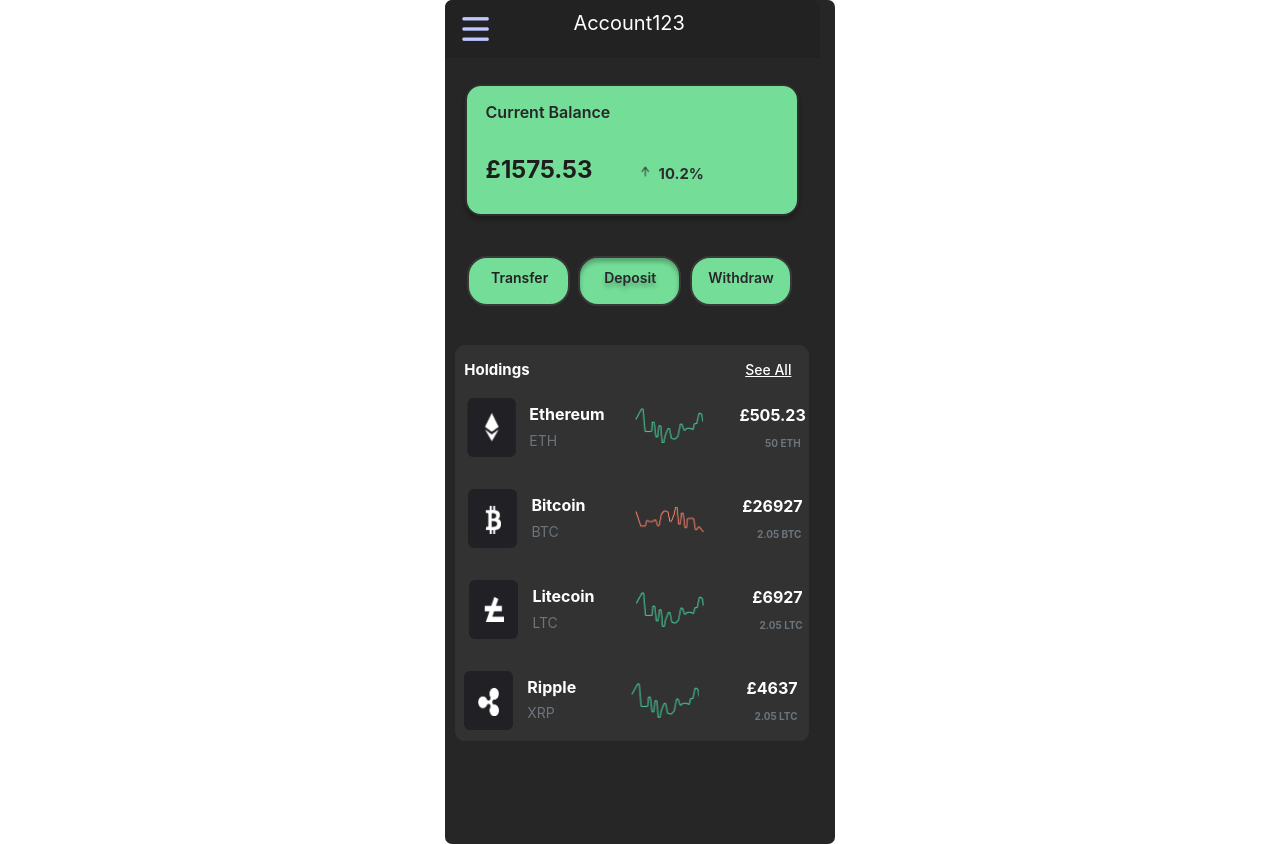
Repository: krishbains/CryptoWallet
Page: /
An editor plug-in stored every save of this project. The page is shown before and after the next save, followed by the edit.
The browser window is 1280 px wide. The pictures show the whole page.
The project was rebuilt for these pictures with package versions that can differ from the ones it lists, and the page was loaded fresh each time. Also part of the build but not shown: src/components/startingpage/startingpage.jsx.

Above is the page before, as saved 2024-03-28 15:43:54.

### src/App.js
import './App.css';
import BasePage from './components/basepage/basepage';
import StartingPage from './components/startingpage/startingpage';

function App() {
  return (
    <div className="App">
      <BasePage/>
      {/* <StartingPage/> */}
    </div>
  );
}

export default App;

### src/components/basepage/basepage.jsx
import React from 'react';
import "./basepage.css"

export default function BasePage() {
  return (
    <div className='main-container'>
      <div className='main-frame-background'>
        <div className='account-bar'>
          <span className='account'>Account123</span>
          <div className='vector' />
        </div>
        <div className='rectangle'>
          <div className='flex-column-be'>
            <span className='current-balance'>Current Balance</span>
            <span className='currency'>£1575.53</span>
          </div>
          <span className='percentage'>10.2%</span>
          <div className='arrow-up' />
        </div>
        <div className='flex-row-afb'>
          <div className='transfer-button'>
            <span className='transfer'>Transfer</span>
          </div>
          <div className='deposit-button'>
            <span className='deposit'>Deposit</span>
          </div>
          <div className='receive-button'>
            <span className='withdraw'>Withdraw</span>
          </div>
        </div>
        <div className='holdings-background'>
          <div className='flex-row'>
            <span className='holdings'>Holdings</span>
            <span className='see-all'>See All</span>
          </div>
          <div className='flex-row-fa'>
            <div className='eth-icon' />
            <span className='pound-amount'>£505.23</span>
            <span className='ethereum'>Ethereum</span>
            <div className='graph-eth' />
            <span className='eth'>ETH</span>
            <span className='eth-amount'>50 ETH</span>
          </div>
          <div className='flex-row-eed'>
            <div className='rectangle-1'>
              <div className='bitcoin-logo'>
                <div className='group'>
                  <div className='vector-2' />
                </div>
              </div>
            </div>
            <span className='pound-amount-3'>£26927</span>
            <span className='bitcoin'>Bitcoin</span>
            <div className='graph-btc' />
            <span className='btc'>BTC</span>
            <span className='btc-amount'>2.05 BTC</span>
          </div>
          <div className='flex-row-d'>
            <div className='rectangle-4'>
              <div className='vector-5' />
            </div>
            <span className='pound'>£6927</span>
            <span className='bitcoin-litecoin'>Litecoin</span>
            <div className='graph-eth-6' />
            <span className='ltc'>LTC</span>
            <span className='ltc-amount'>2.05 LTC</span>
          </div>
          <div className='flex-row-cdef'>
            <div className='rectangle-7'>
              <div className='xrp-alt'>
                <div className='xrp' />
              </div>
            </div>
            <span className='pound-8'>£4637</span>
            <span className='ripple'>Ripple</span>
            <div className='graph-eth-9' />
            <span className='btc-a'>XRP</span>
            <span className='ltc-b'>2.05 LTC</span>
          </div>
        </div>
      </div>
    </div>
  );
}

### src/components/startingpage/startingpage.css
:root {
    --default-font-family: -apple-system, BlinkMacSystemFont, "Segoe UI", Roboto,
      Ubuntu, "Helvetica Neue", Helvetica, Arial, "PingFang SC",
      "Hiragino Sans GB", "Microsoft Yahei UI", "Microsoft Yahei",
      "Source Han Sans CN", sans-serif;
  }

  .main-container {
    overflow: hidden;
  }

  .main-container,
  .main-container * {
    box-sizing: border-box;
  }

  input,
  select,
  textarea,
  button {
    outline: 0;
  }

  .main-container {
    position: relative;
    width: 390px;
    height: 844px;
    margin: 0 auto;
  }
  .main-frame-background1 {
    position: absolute;
    width: 390px;
    height: 844px;
    top: 0;
    left: 0;
    background: #bfc9ff;
    z-index: 1;
    border-radius: 7px;
  }
  .main-frame {
    position: relative;
    width: 333px;
    height: 385px;
    margin: 226px 0 0 28px;
    font-size: 0px;
    background: #222222;
    z-index: 2;
    overflow: visible auto;
    border-radius: 7px;
  }
  .welcome-to {
    display: flex;
    align-items: flex-start;
    justify-content: center;
    position: relative;
    width: 103.837px;
    height: 22.803px;
    margin: 17.308px 0 0 24.374px;
    color: #999999;
    font-family: Actor, var(--default-font-family);
    font-size: 20px;
    font-weight: 400;
    line-height: 22.803px;
    text-align: center;
    white-space: nowrap;
    z-index: 11;
  }
  .crypto-wallet {
    display: block;
    position: relative;
    height: 61.757px;
    margin: 18.052px 0 0 46.553px;
    color: #ffffff;
    font-family: Kantumruy, var(--default-font-family);
    font-size: 34px;
    font-weight: 700;
    line-height: 61.426px;
    text-align: left;
    white-space: nowrap;
    z-index: 9;
  }
  .new-wallet {
    display: flex;
    align-items: flex-start;
    justify-content: center;
    position: relative;
    width: 298.406px;
    height: 43.705px;
    margin: 21.853px 0 0 21.35px;
    color: #999999;
    font-family: Actor, var(--default-font-family);
    font-size: 17px;
    font-weight: 400;
    line-height: 20.451px;
    text-align: center;
    z-index: 10;
  }
  .new-wallet-box {
    position: relative;
    width: 281px;
    height: 39px;
    margin: 79.522px 0 0 26px;
    background: #74dd98;
    z-index: 4;
    border-radius: 5px;
  }
  .create-wallet {
    display: flex;
    align-items: flex-start;
    justify-content: flex-start;
    position: absolute;
    height: 18.052px;
    top: 10.739px;
    left: 76px;
    color: #222222;
    font-family: Inter, var(--default-font-family);
    font-size: 14px;
    font-weight: 600;
    line-height: 16.943px;
    text-align: left;
    white-space: nowrap;
    z-index: 5;
  }
  .existing-wallet-box {
    position: relative;
    width: 281px;
    height: 39px;
    margin: 8px 0 0 26px;
    background: #333333;
    z-index: 7;
    border-radius: 5px;
  }
  .have-wallet {
    display: flex;
    align-items: flex-start;
    justify-content: flex-start;
    position: absolute;
    height: 18.052px;
    top: 10.295px;
    left: 65.919px;
    color: #ffffff;
    font-family: Inter, var(--default-font-family);
    font-size: 14px;
    font-weight: 600;
    line-height: 16.943px;
    text-align: left;
    white-space: nowrap;
    z-index: 8;
  }

Loaded but not shown: public/index.html (common file); src/index.js (common file); src/index.css (common file); src/reportWebVitals.js (common file); src/App.css (common file); src/components/basepage/basepage.css (737 lines, source omitted)

After the next save:
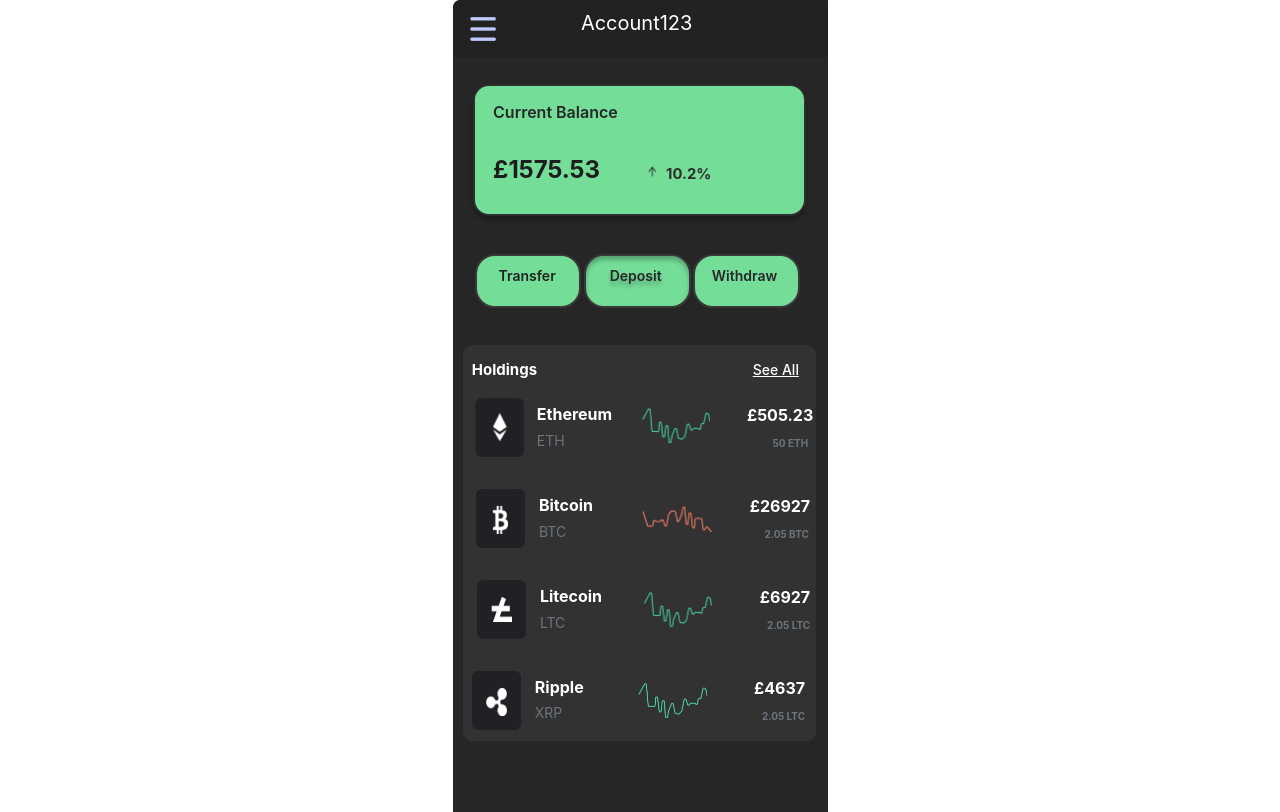
Saved 33 s later.
--- a/src/App.js
+++ b/src/App.js
@@ -1,6 +1,6 @@
 import './App.css';
 import BasePage from './components/basepage/basepage';
-import StartingPage from './components/startingpage/startingpage';
+// import StartingPage from './components/startingpage/startingpage';
 
 function App() {
   return (

After the 3 saves that followed:
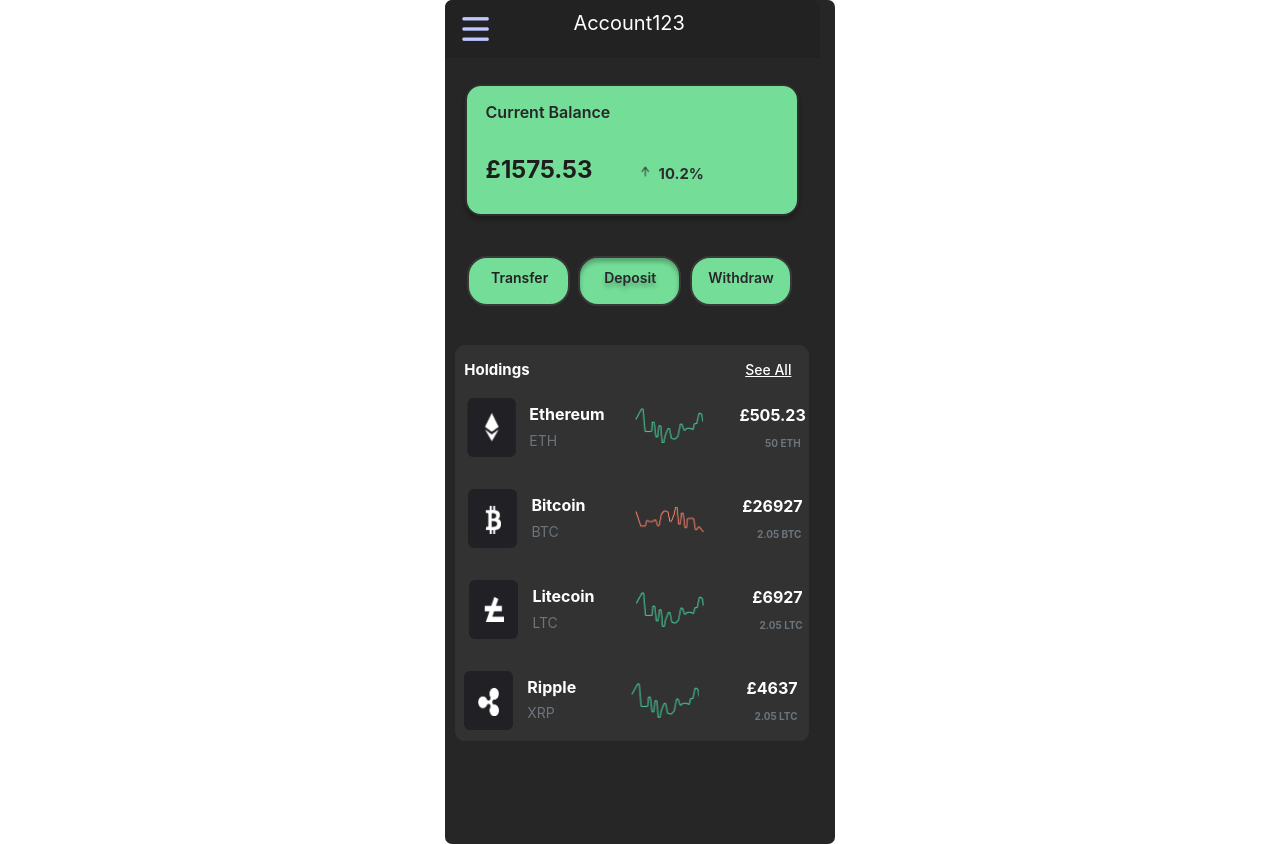
The 3 saves are shown as one change because they came seconds apart.
The last was saved 21 s later.
--- a/src/App.js
+++ b/src/App.js
@@ -1,6 +1,6 @@
 import './App.css';
 import BasePage from './components/basepage/basepage';
-// import StartingPage from './components/startingpage/startingpage';
+import StartingPage from './components/startingpage/startingpage';
 
 function App() {
   return (
